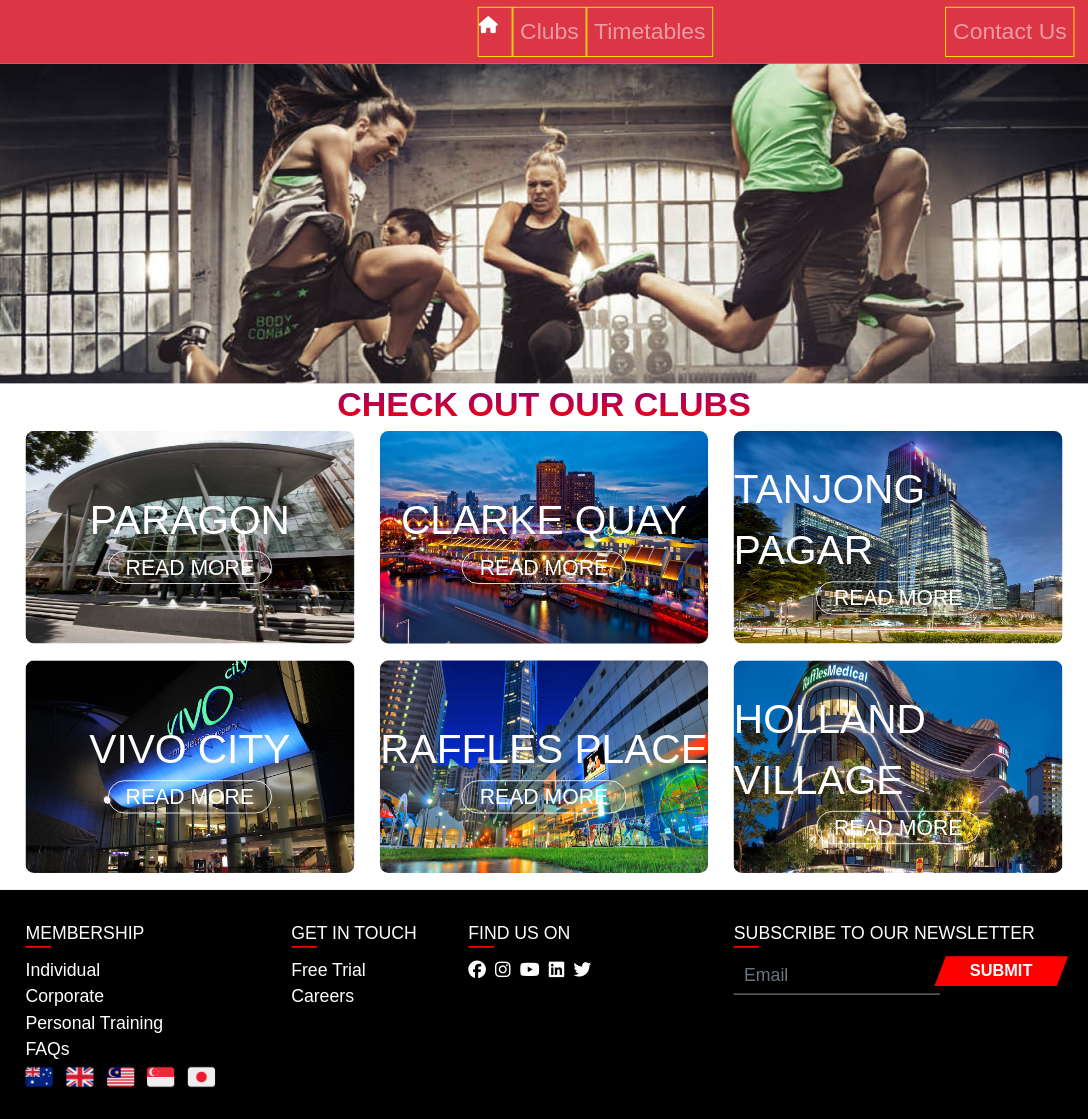
Repository: KJY93/User_Centric_Frontend_Development_Project
Page: clubs.html
The author's editor kept a record of every edit. The page is drawn from the files as they stood at one moment, then again after the next edit.
The browser window is 1280 px wide. The pictures show the whole page, at 85% of full size.
Some web fonts or font styles are not loaded; a fallback is used. Some web libraries are served in a nearby version.

Above is the page before.

### clubs.html
<!DOCTYPE html>
<html lang="en-US">
	<head>
	    <meta charset="UTF-8">
	    <meta name="viewport" content="width=device-width, initial-scale=1.0">
	    <meta http-equiv="X-UA-Compatible" content="ie=edge">
	    <title>Shape Shifters | Our Clubs</title>

		<!-- Google Fonts -->
	    <link href="https://fonts.googleapis.com/css?family=Cute+Font&display=swap" rel="stylesheet">

	    <!-- Logo -->
	    <link rel="icon" href="static/fitness-logo.ico">

	    <!-- Bootstrap CSS -->
	    <link rel="stylesheet" href="https://stackpath.bootstrapcdn.com/bootstrap/4.3.1/css/bootstrap.min.css" integrity="sha384-ggOyR0iXCbMQv3Xipma34MD+dH/1fQ784/j6cY/iJTQUOhcWr7x9JvoRxT2MZw1T" crossorigin="anonymous">

	    <!-- External CSS StyleSheet -->
		<link rel="stylesheet" type="text/css" href="static/styles.css">

		<!-- Bootstrap JS -->
	    <script src="https://code.jquery.com/jquery-3.3.1.slim.min.js" integrity="sha384-q8i/X+965DzO0rT7abK41JStQIAqVgRVzpbzo5smXKp4YfRvH+8abtTE1Pi6jizo" crossorigin="anonymous"></script>
	    <script src="https://cdnjs.cloudflare.com/ajax/libs/popper.js/1.14.7/umd/popper.min.js" integrity="sha384-UO2eT0CpHqdSJQ6hJty5KVphtPhzWj9WO1clHTMGa3JDZwrnQq4sF86dIHNDz0W1" crossorigin="anonymous"></script>
	    <script src="https://stackpath.bootstrapcdn.com/bootstrap/4.3.1/js/bootstrap.min.js" integrity="sha384-JjSmVgyd0p3pXB1rRibZUAYoIIy6OrQ6VrjIEaFf/nJGzIxFDsf4x0xIM+B07jRM" crossorigin="anonymous"></script>

	    <!-- Font Awesome -->
	    <script src="https://kit.fontawesome.com/3df94da5fe.js"></script>

	    <!--External JS -->
	    <script type="text/javascript" src="static/index.js"></script>
	</head>
	<body>
		<main>
	        <!-- Navbar -->
			<nav class="navbar navbar-expand-md navbar-dark bg-danger">
			  	<button class="navbar-toggler" type="button" data-toggle="collapse" data-target="#navbarNav">
			    <span class="navbar-toggler-icon"></span>
			  	</button>
			  	<div class="collapse navbar-collapse" id="navbarNav">
			  		<ul class="navbar-nav ml-auto">

			  		</ul>

			    	<ul class="navbar-nav ml-auto">
						<li class="nav-item"><a class="navbar-brand nav-status" href="index.html"><span><i class="fas fa-home"></i></span></a></li>
			      		<li class="nav-item">
			        		<a class="nav-link nav-status" href="clubs.html">Clubs</a>
			      		</li>
			      		<li class="nav-item">
			        		<a class="nav-link nav-status" href="timetables.html">Timetables</a>
			      		</li>
			    	</ul>

			    	<ul class="navbar-nav ml-auto">
			      		<li class="nav-item">
			        		<a class="nav-link nav-status" href="contact.html">Contact Us</a>
			      		</li>
			    	</ul>
			  	</div>
			</nav>

			<!-- Header background -->
			<div id="club-header-background"></div>

			<div>
				<h1 class="club-header"><strong>CHECK OUT OUR CLUBS</strong></h1>
			</div>

			<!-- To display clubs location -->
			<div class="container-fluid">
				<div class="row">
					<div class="col-sm-12 col-md-4 location-container">
						<a id="location-image-1" class="location" href="#">
							<div class="location-name">
								PARAGON
							</div>
							<div class="club-info">
								READ MORE
							</div>
						</a>
					</div>

					<div class="col-sm-12 col-md-4 location-container">
						<a id="location-image-2" class="location" href="#">
							<div class="location-name">
								CLARKE QUAY
							</div>
							<div class="club-info">
								READ MORE
							</div>
						</a>
					</div>

					<div class="col-sm-12 col-md-4 location-container">
						<a id="location-image-3" class="location" href="#">
							<div class="location-name">
								TANJONG PAGAR
							</div>
							<div class="club-info">
								READ MORE
							</div>
						</a>
					</div>

					<div class="col-sm-12 col-md-4 location-container">
						<a id="location-image-4" class="location" href="#">
							<div class="location-name">
								VIVO CITY
							</div>
							<div class="club-info">
								READ MORE
							</div>
						</a>
					</div>

					<div class="col-sm-12 col-md-4 location-container">
						<a id="location-image-5" class="location" href="#">
							<div class="location-name">
								RAFFLES PLACE
							</div>
							<div class="club-info">
								READ MORE
							</div>
						</a>
					</div>

					<div class="col-sm-12 col-md-4 location-container">
						<a id="location-image-6" class="location" href="#">
							<div class="location-name">
								HOLLAND VILLAGE
							</div>
							<div class="club-info">
								READ MORE
							</div>
						</a>
					</div>
				</div>
			</div>

			<!-- Footer -->
			<footer>
				<div class="container-fluid">
					<div class="row">
						<div class="col-sm-12 col-md-3">
							<div>MEMBERSHIP</div>
							<div class="separator"></div>
							<div>Individual</div>
							<div>Corporate</div>
							<div>Personal Training</div>
							<div>FAQs</div>
						</div>

						<div class="col-sm-12 col-md-2">
							<div>GET IN TOUCH</div>
							<div class="separator"></div>
							<div>Free Trial</div>
							<div>Careers</div>
						</div>

						<div class="col-sm-12 col-md-3">
							<div>FIND US ON</div>
							<div class="separator"></div>
							<div>
								<i class="fab fa-facebook social-media-logo"></i>
								<i class="fab fa-instagram social-media-logo"></i>
								<i class="fab fa-youtube social-media-logo"></i>
								<i class="fab fa-linkedin social-media-logo"></i>
								<i class="fab fa-twitter social-media-logo"></i>
							</div>
						</div>

						<div class="col-sm-12 col-md-4">
							<div>SUBSCRIBE TO OUR NEWSLETTER</div>

							<div class="separator"></div>

							<form method="post" action="">
								<div class="input-field-container">
									<div class="form-group">
										<input input id="subscription" type="email" class="form-control" placeholder="Email" required>
									</div>

									<div class="each">
										<button type="button" class="submit-btn" value="submit"><span>SUBMIT</span></button>
									</div>
								</div>
							</form>
						</div>

						<div class="col-sm-12">
							<img class="flag-logo" src="static/australia-flag.png" alt="australia flag"/>
							<img class="flag-logo" src="static/uk-flag.png" alt="uk flag"/>
							<img class="flag-logo" src="static/mys-flag.png" alt="malaysia flag"/>
							<img class="flag-logo" src="static/sg-flag.png" alt="singapore flag"/>
							<img class="flag-logo" src="static/jpn-flag.png" alt="japan flag"/>
						</div>
					</div>
				</div>
			</footer>
		</main>
	</body>
</html>

### static/styles.css
body, html {
	height: 100%;
}

body {
	font-family: 'Cute Font', cursive, sans-serif;
}

#navbarbrandlistitem {
	text-decoration: none;
}

nav li {
	border: 1px solid yellow;
}

body.home a.home, body.articles a.articles, body.blog a.blog {

	background-color: green;

}

.nav-item {
	font-size: 130%;
}

.table-striped > tbody > tr:nth-child(odd) > td {
	background: -webkit-linear-gradient(top, #fee5ac, #ffa824);
}

#subscription {
  background: transparent;
  border: none;
  border-bottom: 1px solid #a9a9a9;
  box-shadow: none;
  border-radius: 0;
}

.iframe-video-size {
	width: 300px;
	height: 320px;
}

.social-media-logo {
	margin-right: 5px;
}

.separator {
	margin-bottom: 10px;
	height: 2px;
	width: 30px;
	background: rgb(255, 0, 0);
	z-index: 1;
}

.row {
	margin-left: 0;
	margin-right: 0;
}

#advert > h1 {
	color: #ffffff;
}

#signup-link {
	color: #ffffff;
}

input[type="email"] {
 	font-size: 1em;
}

.col-sm-12, .col-md-6, .nav-link, #signup-link {
	font-size: 1.3em;
}

.link-deco:link {
	text-decoration: none;
}

.link-deco:hover {
	font-size:120%;
}

.link-font-color, button > .link-deco:hover {
	color: #ffffff;
}

.box2, .box3 {
	background: rgba(255,117,117,0.1);
}

.button-container, p, .challenge-container, #signup-container, .box3, .box2 {
	text-align: center;
}

#divider {
	width: 100%;
	border: 1px solid black;
}

footer {
	padding-top: 35px;
	padding-bottom: 35px;
	background: rgba(0, 0, 0);
	color: #ffffff;
}

.box1 {
	background:url('../static/background-mobile.jpg');
	background-repeat: no-repeat;
	background-size: 100% 100%;
	height: 280px;
	display: flex;
	align-items: center;
	justify-content: center;
}

/*https://codepen.io/adamjohnson/pen/aokGt*/
/* Skew button design adapted from the above codepen project*/
.submit-btn {
	color: #fff;
	background: #ff0000;
	font-weight: 700;
	text-align: center;
	text-decoration: none;
	border: 0;
	outline: 0;
	font-size: 1.2rem;
	padding: 12px 35px;
	display: inline-block;
	transform: skew(-21deg);
	border-radius: 0;
}

.input-field-container {
	display: flex;
	flex-direction: row;
}

.submit-btn:hover {
	background: #0069a8;
}

span {
	display: inline-block; /* change to inline-block so that the text can be un-skewed*/
}

.submit-btn > span {
	-webkit-transform: skew(21deg);  /* Un-skew the text */
}

.btn-group {
	padding-left: 15px;
}

.btn-group-1 {
	background: lightblue;
}

.flag-logo {
	padding-right: 10px;
}

#club-header-background {
	background:url('../static/bodycombat.jpg');
	background-repeat: no-repeat;
	background-size: 100% 100%;
	height: 200px;
}

.club-header {
	text-align: center;
	background: linear-gradient(to top, #ff0000 , #800080);
	-webkit-background-clip: text;
	-webkit-text-fill-color: transparent;
	font-size: 2.5em;
}

.location {
	display: flex;
	flex-direction: column;
	justify-content: center;
	align-items: center;
	color: #ffffff;
	margin-bottom: 20px;
}

.location:link {
	text-decoration: none;
}

.location:hover {
	opacity: 0.8;
}

.location:hover .location-name, .location:hover .club-info {
	background: linear-gradient(to top, #ff0000 , #ff9800);
	-webkit-background-clip: text;
	-webkit-text-fill-color: transparent;
}

.location-name {
	font-size: 2.3em;
}

.club-info {
	font-size: 1.2em;
	border: 1px solid #ffffff;
	padding-left: 20px;
	padding-right: 20px;
	border-radius: 20px;
}

#location-image-1 {
	background:url('../static/paragon.jpg');
    background-size: 100% 100%;
    background-repeat: no-repeat;
    background-position: center;
	border-radius: 10px;
	height: 250px;
}

#location-image-2 {
	background:url('../static/clarke-quay.jpg');
    background-size: 100% 100%;
    background-repeat: no-repeat;
    background-position: center;
	border-radius: 10px;
	height: 250px;
}

#location-image-3 {
	background:url('../static/tanjongpagar.jpg');
    background-size: 100% 100%;
    background-repeat: no-repeat;
    background-position: center;
	border-radius: 10px;
	height: 250px;
}

#location-image-4 {
	background:url('../static/vivocity.jpg');
    background-size: 100% 100%;
    background-repeat: no-repeat;
    background-position: center;
	border-radius: 10px;
	height: 250px;
}

#location-image-5 {
	background:url('../static/rafflesplace.jpg');
    background-size: 100% 100%;
    background-repeat: no-repeat;
    background-position: center;
	border-radius: 10px;
	height: 250px;
}

#location-image-6 {
	background:url('../static/rafflesmall.jpg');
    background-size: 100% 100%;
    background-repeat: no-repeat;
    background-position: center;
	border-radius: 10px;
	height: 250px;
}

#timetables-header-background {
	background:url('../static/groupyoga.jpg');
	background-repeat: no-repeat;
	background-size: 100% 100%;
	height: 250px;
}

/* override text alignment and font-size*/
.table {
	text-align: center;
	font-size: 1.3rem;
}

#contact-us-background {
	background:url('../static/reachout.jpg');
	background-repeat: no-repeat;
	background-size: 100% 100%;
	height: 200px;
}

.contact-container {
	display: flex;
	align-items: center;
	flex-direction: column;
}

.generic-submit-btn-container, .form-attribute {
	text-align: center;
}

.form-group.w-75 {
	text-align: center;
}

.contact-us {
	font-size: 1.8em;
}

.generic-submit-btn-container {
	margin-bottom: 15px;
}

.form-attribute, .form-placeholder:placeholder-shown, textarea:placeholder-shown {
  font-size: 1.2em;
}

/* for extra small device */
@media (max-width: 400px) {
	.iframe-video-size {
	width: 260px;
	height: 320px;
	}

	#club-header-background {
		height: 160px;
	}

	.club-header {
		font-size: 2.0em;
	}

	.location-name {
		font-size: 2.0em;
	}

	.club-info {
		font-size: 1.0em;
	}

	.contact-us {
		font-size: 1.5em;
	}
	.box1 {
		height: 220px;
	}
}

/* for medium screen device */
@media (min-width: 768px) and (max-width: 991.98px) {
	.box1 {
		background:url('../static/background.jpg');
		background-repeat: no-repeat;
		height: 400px; /* 550 */
		background-size: 100% 100%;
	}

	.box2 {
		text-align: center;
	}

	.btn-group {
		padding-left: 0;
	}

	.iframe-video-size {
		width: 340px;
		height: 320px;
	}

	#timetables-header-background {
		height: 450px;
	}

	.table {
		font-size: 1.8rem;
	}

	#contact-us-background {
		height: 450px;
	}

	.form-attribute, .form-placeholder:placeholder-shown, textarea:placeholder-shown,
	.generic-submit-btn-container > button {
	  font-size: 1.4em;
	}

	.location-name, .club-info {
		font-size: 1.5em;
	}
}

/* for large screen device */
@media (min-width: 992px) {
	.box1 {
		height: 600px;
	}

	.btn-group {
		padding-left: 0;
	}

	.submit-btn {
		padding: 3px 35px;
	}

	.iframe-video-size {
		width: 470px;
		height: 320px;
	}

	#club-header-background {
		height: 376px;
	}

	#timetables-header-background {
		height: 600px;
	}

	#contact-us-background {
		height: 550px;
	}

	.form-attribute, .form-placeholder:placeholder-shown, textarea:placeholder-shown,
	.generic-submit-btn-container > button {
	  font-size: 1.5em;
	}

}

### static/index.js
// added interactivity to show user which current page they are currently on using javascript
document.addEventListener('DOMContentLoaded', () => {

    var navlinkitem = document.querySelectorAll('nav li a');
    console.log(navlinkitem);

    for (var i = 0; i < navlinkitem.length; i++) {

        if (navlinkitem[i].href == window.location.href) {
            navlinkitem[i].parentElement.classList.add('activepage');
        }
    }
});

After the next edit:
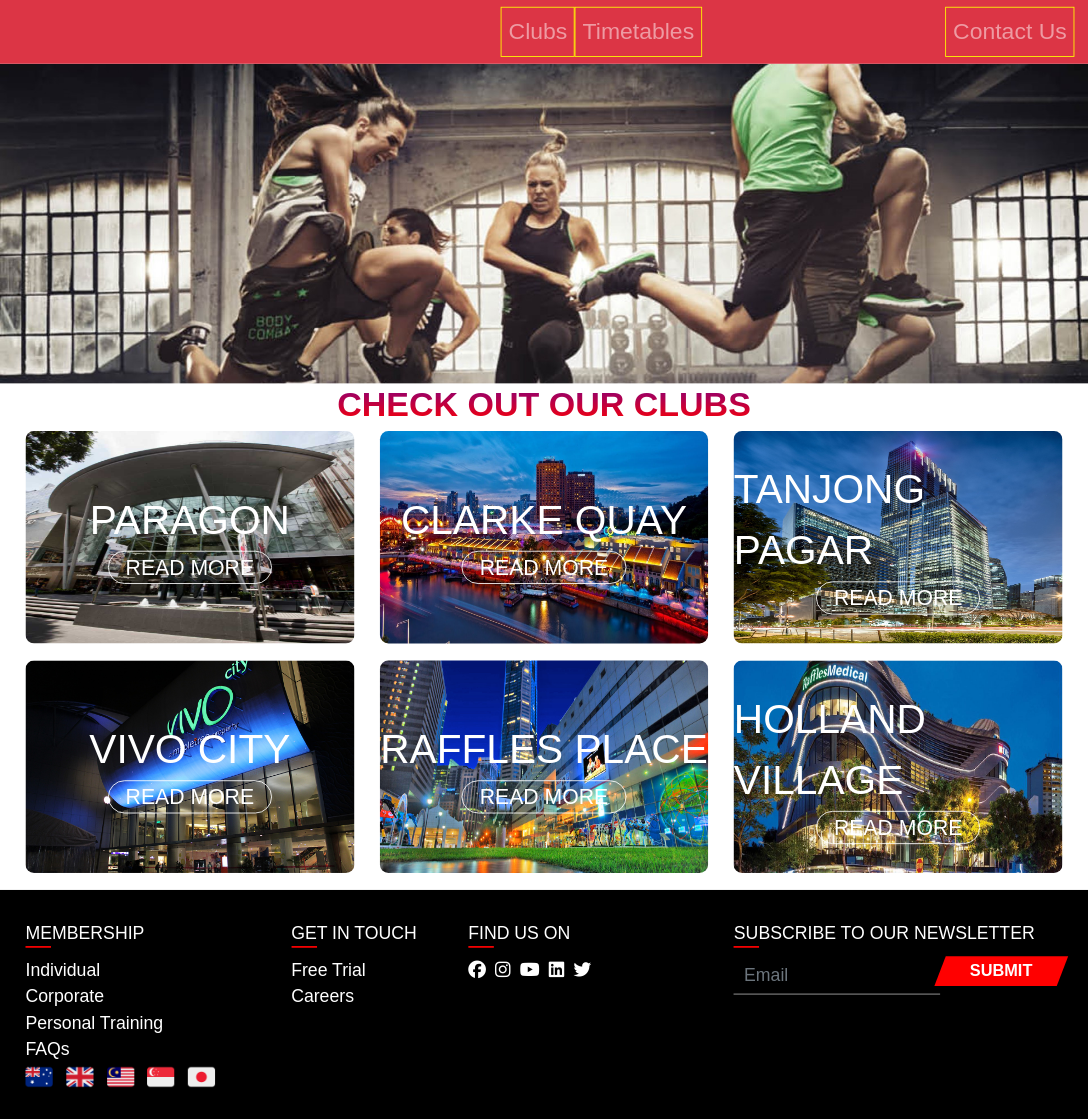
The edit:
--- a/clubs.html
+++ b/clubs.html
@@ -42,7 +42,6 @@
 			  		</ul>
 
 			    	<ul class="navbar-nav ml-auto">
-						<li class="nav-item"><a class="navbar-brand nav-status" href="index.html"><span><i class="fas fa-home"></i></span></a></li>
 			      		<li class="nav-item">
 			        		<a class="nav-link nav-status" href="clubs.html">Clubs</a>
 			      		</li>
